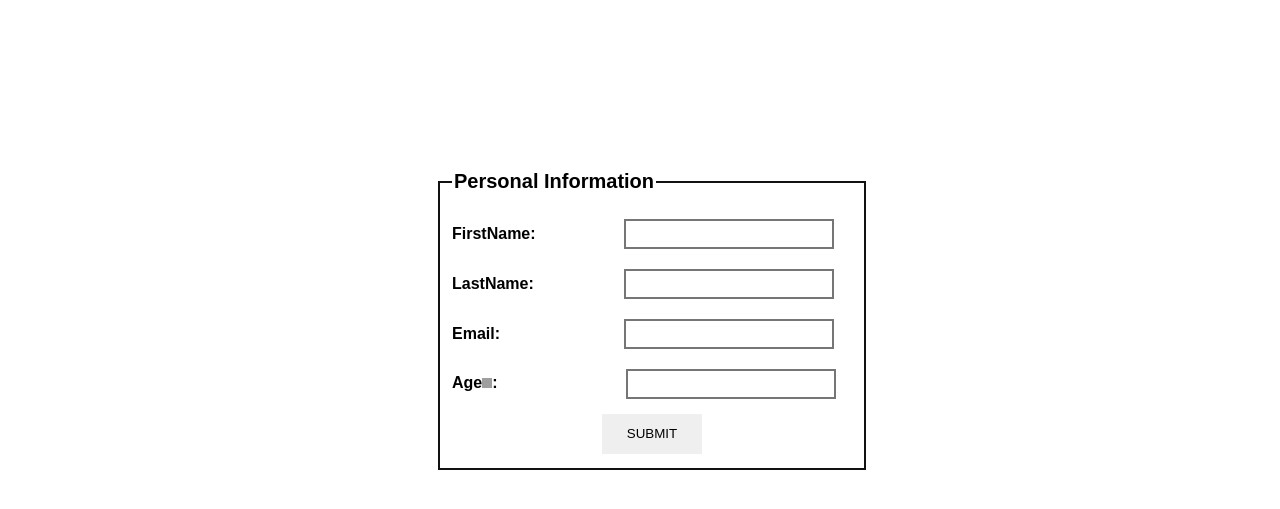
Repository: Femi007-gh/Legend
Page: index.html
These files come from the project's save history. The page is drawn as it stood at one moment and after the next save; the edit follows.
The browser window is 1280 px wide. The pictures show the whole page.
Pictures or frames that could not be fetched are drawn as grey boxes.

Above is the page before, as saved 2025-04-04 17:52:39.

After the next save:
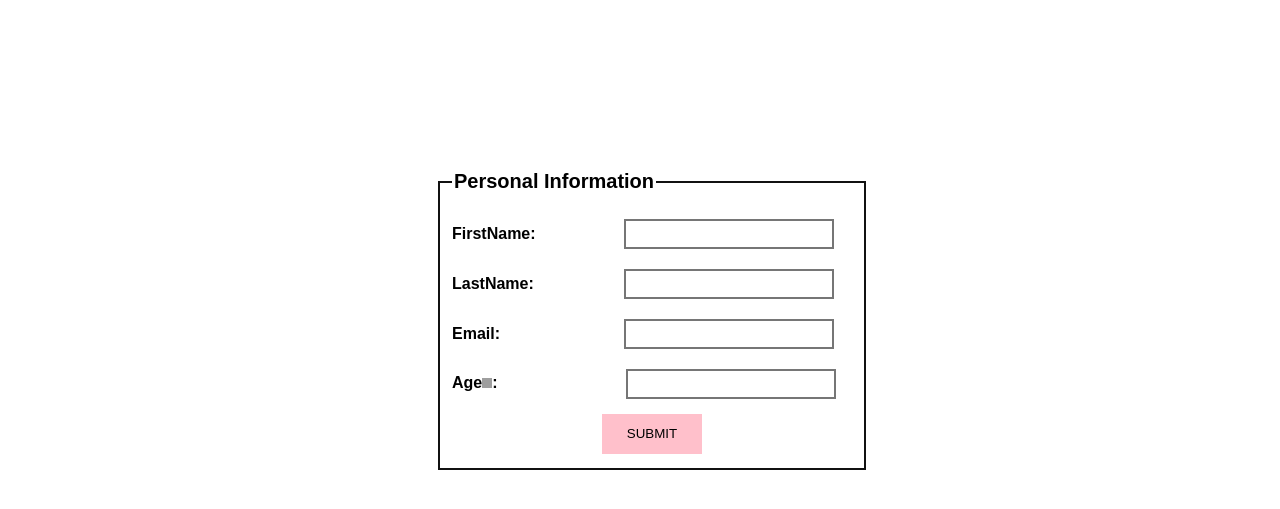
Saved 8 s later.
--- a/style.css
+++ b/style.css
@@ -58,5 +58,5 @@ body {
   margin-left: 150px;
   margin-top: 15px;
   border: none;
-  background-color: ;
+  background-color: pink;
 }
